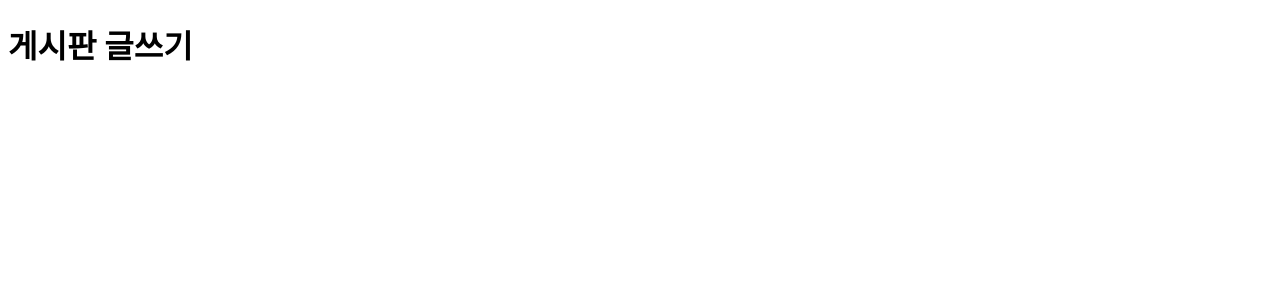
Repository: ljh5973/labweb
Page: http://localhost/JSP02/10_board.jsp
The author's editor kept a copy of each file at every save. The page is drawn from the files as they stood at one save, then again after the next save.
The browser window is 1280 px wide. The pictures show the whole page.
The page is served by Tomcat 9. Other server files are loaded and not shown.

Above is the page before, as saved 2022-01-10 04:44:13.

### JSP02/webapp/10_board.jsp
<%@ page language="java" contentType="text/html; charset=UTF-8"
    pageEncoding="UTF-8"%>
<%@ page trimDirectiveWhitespaces="true"%>
<!DOCTYPE html>
<html>
	<head>
		<meta charset="UTF-8">
		<title>JSP</title>
	</head>
	<body>


	<h1>게시판 글쓰기</h1>
	<form action="10_board_result.jsp" method="post">

	</form>
	</body>
</html>

After the next save:
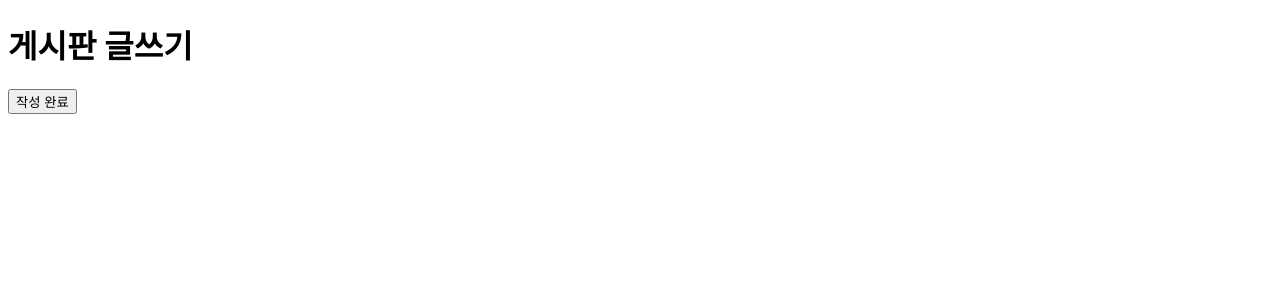
Saved 22 s later.
--- a/JSP02/webapp/10_board.jsp
+++ b/JSP02/webapp/10_board.jsp
@@ -13,6 +13,7 @@
 	<h1>게시판 글쓰기</h1>
 	<form action="10_board_result.jsp" method="post">
 
+		<input type="submit" value="작성 완료">
 	</form>
 	</body>
 </html>
